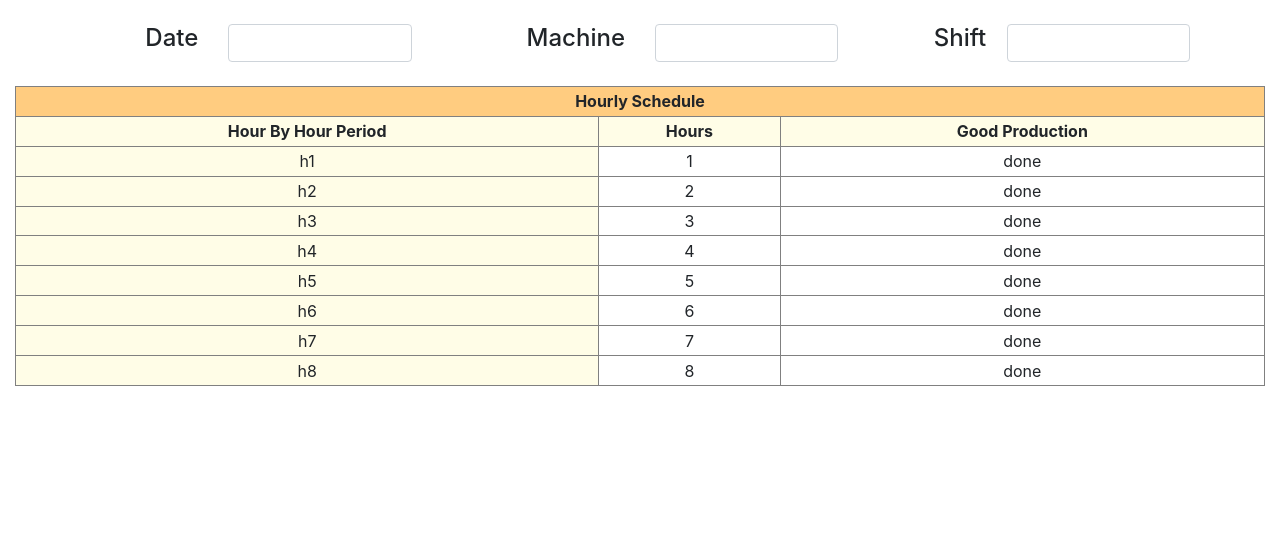
Repository: hisamit97/TVS-Locas
Page: index.html
The author's editor kept a copy of each file at every save. The page is drawn from the files as they stood at one save, then again after the next save.
The browser window is 1280 px wide. The pictures show the whole page.

Above is the page before, as saved 2020-12-01 11:34:21.

### index.html
<html>

<head>
    <title>TVS LoCas</title>
    <link rel="stylesheet" href="https://cdn.jsdelivr.net/npm/bootstrap@4.5.3/dist/css/bootstrap.min.css" integrity="sha384-TX8t27EcRE3e/ihU7zmQxVncDAy5uIKz4rEkgIXeMed4M0jlfIDPvg6uqKI2xXr2" crossorigin="anonymous">

<!-- jQuery and JS bundle w/ Popper.js -->
<script src="https://code.jquery.com/jquery-3.5.1.slim.min.js" integrity="sha384-DfXdz2htPH0lsSSs5nCTpuj/zy4C+OGpamoFVy38MVBnE+IbbVYUew+OrCXaRkfj" crossorigin="anonymous"></script>
<script src="https://cdn.jsdelivr.net/npm/bootstrap@4.5.3/dist/js/bootstrap.bundle.min.js" integrity="sha384-ho+j7jyWK8fNQe+A12Hb8AhRq26LrZ/JpcUGGOn+Y7RsweNrtN/tE3MoK7ZeZDyx" crossorigin="anonymous"></script>
</head>
<body>
    <div class="container-fluid">
        <div class="row">
            <div class="col-md-4"></div>
            <div class="col-md-4"></div>
            <div class="col-md-4"></div>
        </div>
        <br>
        <div class="row" >
            <div class="col-md-4">
                <div class="row">
                    <div class="col-md-6 text-right"><h4>Date</h4></div>
                    <div class="col-md-6"><input type="text" class="form-control mr-3"></div>
                </div>
            </div>
            <div class="col-md-4">
                <div class="row">
                    <div class="col-md-6 text-right" ><h4>Machine</h4></div>
                    <div class="col-md-6"><input type="text" class="form-control"></div>
                </div>
            </div>
            <div class="col-md-4">
                <div class="row">
                    <div class="col-md-6 text-center"><h4>Shift</h4></div>
                    <div class="col-md-6" style="margin-left: -75px;"><input type="text" class="form-control"></div>
                </div>
            </div>
        </div>
        <br>
        <div class="row">
            <div class="col-md-12">
                <table width="100%" border="1" height="300px">
                   <tr style="text-align: center;background:#ffcc80;">
                       <th colspan="3">Hourly Schedule</th>
                   </tr>
                   <tr style="text-align: center; background: #fffde7;">
                       <th >Hour By Hour Period</th>
                       <th>Hours</th>
                       <th>Good Production</th>
                    </tr>
                    <tr style="text-align: center;">
                        <td style="background:#fffde7;">h1</td>
                        <td>1</td>
                        <td>done</td>
                    </tr>
                    <tr style="text-align: center;">
                        <td style="background:#fffde7;">h2</td>
                        <td>2</td>
                        <td>done</td>
                    </tr>
                    <tr style="text-align: center;">
                        <td style="background:#fffde7;">h3</td>
                        <td>3</td>
                        <td>done</td>
                    </tr>
                    <tr style="text-align: center;">
                        <td style="background:#fffde7;">h4</td>
                        <td>4</td>
                        <td>done</td>
                    </tr>
                    <tr style="text-align: center;">
                        <td style="background:#fffde7;">h5</td>
                        <td>5</td>
                        <td>done</td>
                    </tr>
                    <tr style="text-align: center;">
                        <td style="background:#fffde7;">h6</td>
                        <td>6</td>
                        <td>done</td>
                    </tr>
                    <tr style="text-align: center;">
                        <td style="background:#fffde7;">h7</td>
                        <td>7</td>
                        <td>done</td>
                    </tr>
                    <tr style="text-align: center;">
                        <td style="background:#fffde7;">h8</td>
                        <td>8</td>
                        <td>done</td>
                    </tr>
                </table>
            </div>
        </div>
        <br>
        <div class="row">
            <div class="col-md-3"></div>
            <div class="col-md-3"></div>
            <div class="col-md-3"></div>
            <div class="col-md-3"></div>

        </div>
        <br>
        <div class="row">
            <div class="col-md-2"></div>
            <div class="col-md-2"></div>
            <div class="col-md-2"></div>
            <div class="col-md-2"></div>
            <div class="col-md-2"></div>
            <div class="col-md-2"></div>
        </div>
    </div>
</body>
</html>

After the next save:
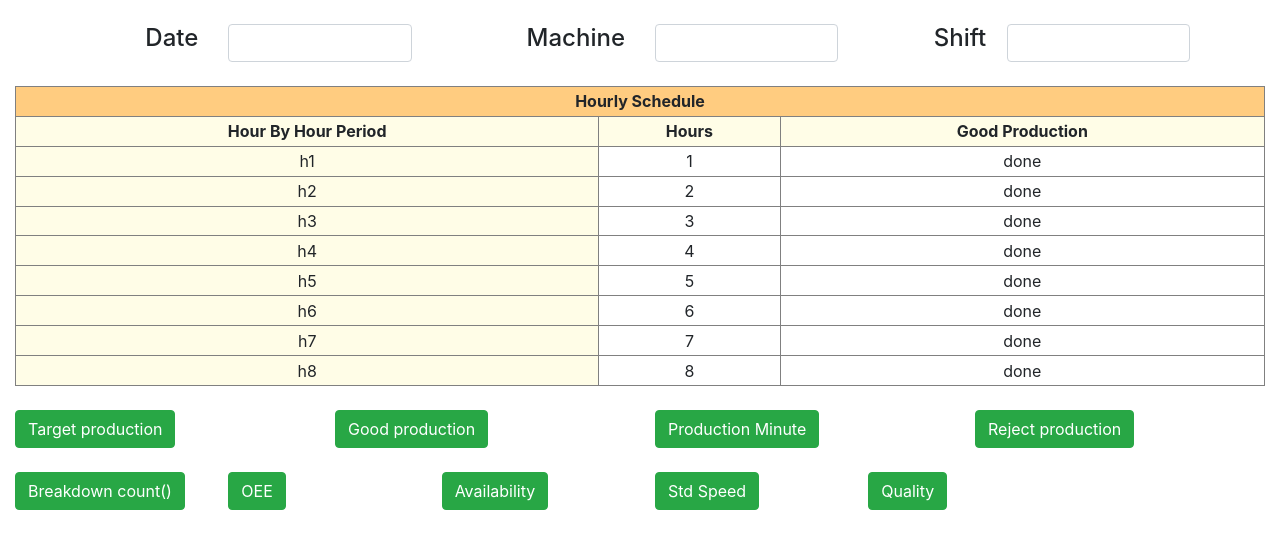
Saved 5 min 46 s later.
--- a/index.html
+++ b/index.html
@@ -93,19 +93,37 @@
         </div>
         <br>
         <div class="row">
-            <div class="col-md-3"></div>
-            <div class="col-md-3"></div>
-            <div class="col-md-3"></div>
-            <div class="col-md-3"></div>
+            <div class="col-md-3">
+                <button  class="btn btn-success">Target production</button>
+            </div>
+            <div class="col-md-3">
+                <button  class="btn btn-success">Good production</button>
+            </div>
+            <div class="col-md-3">
+                <button  class="btn btn-success">Production Minute</button>
+            </div>
+            <div class="col-md-3">
+                <button  class="btn btn-success">Reject production</button>
+            </div>
 
         </div>
         <br>
         <div class="row">
-            <div class="col-md-2"></div>
-            <div class="col-md-2"></div>
-            <div class="col-md-2"></div>
-            <div class="col-md-2"></div>
-            <div class="col-md-2"></div>
+            <div class="col-md-2">
+                <button  class="btn btn-success">Breakdown count()</button>
+            </div>
+            <div class="col-md-2">
+                <button  class="btn btn-success">OEE</button>
+            </div>
+            <div class="col-md-2">
+                <button  class="btn btn-success">Availability</button>
+            </div>
+            <div class="col-md-2">
+                <button  class="btn btn-success">Std Speed</button>
+            </div>
+            <div class="col-md-2">
+                <button  class="btn btn-success">Quality</button>
+            </div>
             <div class="col-md-2"></div>
         </div>
     </div>
